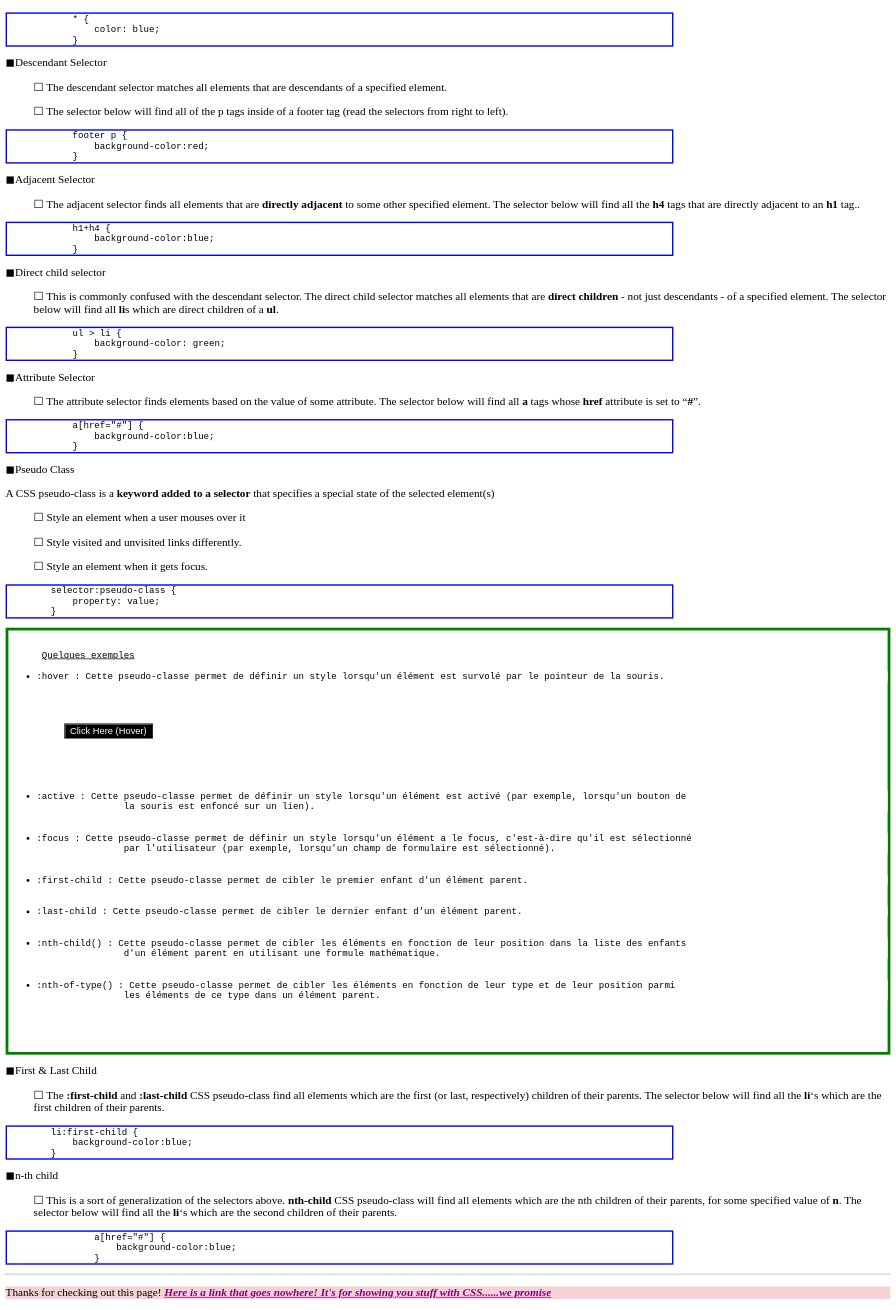
Repository: AnnaSpirit/Tests__
Page: CSS/Useful_Selectors.html
These files come from the project's save history. The page is drawn as it stood at one moment and after the next save; the edit follows.
The browser window is 1280 px wide. The pictures show the part of the page from y = 654 to 2574 px (the page is 2526 px tall before and 2622 px after), at 70% of full size.

Above is the page before, as saved 2024-04-03 18:36:34.

### CSS/Useful_Selectors.html
<!DOCTYPE html>
<html lang="en">
<head>
    <meta charset="UTF-8">
    <meta name="viewport" content="width=device-width, initial-scale=1.0">
    <title>Useful Selectors</title>
    <link rel="stylesheet" href="style_Selectors.css">
</head>
<body>
    <header>
        <h1>Welcome to our website</h1>
        <h4>We're so happy to have you</h4>
    </header>
    <section>
        <ul> Here are some reasons you should keep reading....
            <li>You're learning things!</li>
            <li>CSS is fun!</li>
            <li>Well.....not always, but it is essential to know!</li>
        </ul>
    </section>
    <section>
        <h3>&#9724; Each CSS rule consists of :</h3>
            <p style="padding-left: 40px;"> &#9744; a selector - how we find the element/elements to target</p>
            <p style="padding-left: 40px;"> &#9744; and a pair of curly braces, a.k.a. <b>{}</b>.</p>
    <span>
        <pre style="border: 2px solid blue; margin-right: 310px">
            body {
                font-size: 14px;
                color: navy;
            }</pre></span>
    <p>Inside of <b>{ }</b> we specify properties and values; we separate the two with a <b>:</b>, and after the value we add a semi-colon <b>;</b>.</p>
            <p style="padding-left: 40px;"> &#9744; To add multiple selectors we separate each one by a comma <b>,</b></p>
    <span>
        <pre style="border: 2px solid blue; margin-right: 310px">
            p, a {
                font-size: 14px;
                color: navy;
            }</pre>
        </span>
        <h3>&#9724; Universal Selector</h3>
        <p style="padding-left: 40px;">&#9744; We use the asterisk <b>*</b>, to select all the elements of the HTML page.</p>
        <p style="padding-left: 40px;">&#9744; The selector below will find ALL the tags inside of the HTML page and set their font color to blue.</p>
    <span>
        <pre style="border: 2px solid blue; margin-right: 310px">
            * {
                color: blue;
            }</pre>
    </span>
    <h>&#9724;Descendant Selector</h3>
    <p style="padding-left: 40px;">&#9744; The descendant selector matches all elements that are descendants of a specified element.</p>
    <p style="padding-left: 40px;">&#9744; The selector below will find all of the p tags inside of a footer tag (read the selectors from right to left).</p>
    <span>
        <pre style="border: 2px solid blue; margin-right: 310px">
            footer p {
                background-color:red;
            }</pre>
    </span>
    <h>&#9724;Adjacent Selector</h3>
    <p style="padding-left: 40px;">&#9744; The adjacent selector finds all elements that are <b>directly adjacent</b> to some other specified element. The selector below
    will find all the <b>h4</b> tags that are directly adjacent to an <b>h1</b> tag..</p>
    <span>
        <pre style="border: 2px solid blue; margin-right: 310px">
            h1+h4 {
                background-color:blue;
            }</pre>
    </span>
    <h>&#9724;Direct child selector</h3>
    <p style="padding-left: 40px;">&#9744; This is commonly confused with the descendant selector. The direct child selector matches all elements that are <b>direct
    children</b> - not just descendants - of a specified element. The selector below will find all <b>li</b>s which are direct children
    of a <b>ul</b>.</p>
    <span>
        <pre style="border: 2px solid blue; margin-right: 310px">
            ul > li {
                background-color: green;
            }</pre>
    </span>
    <h>&#9724;Attribute Selector</h3>
    <p style="padding-left: 40px;">&#9744; The attribute selector finds elements based on the value of some attribute. The selector below will find all <b>a</b> tags
    whose <b>href</b> attribute is set to “<b>#</b>”.</p>
    <span>
        <pre style="border: 2px solid blue; margin-right: 310px">
            a[href="#"] {
                background-color:blue;
            }</pre>
    </span>
    <h>&#9724;Pseudo Class</h3>
    <p>A CSS pseudo-class is a <b> keyword added to a selector</b> that specifies a special state of the selected element(s)</p>
    <p style="padding-left: 40px;">&#9744; Style an element when a user mouses over it</p>
    <p style="padding-left: 40px;">&#9744; Style visited and unvisited links differently.</p>
    <p style="padding-left: 40px;">&#9744; Style an element when it gets focus.</p>
    <span>
        <pre style="border: 2px solid blue; margin-right: 310px">
        selector:pseudo-class {
            property: value;
        }</pre>
    </span>
    <span>
        <pre style="border: 4px solid green;">
            <ul> <u>Quelques exemples</u>
                <li>:hover : Cette pseudo-classe permet de définir un style lorsqu'un élément est survolé par le pointeur de la souris.</li>
                <ul>
                    <li style="list-style: none;"><button>Click Here (Hover)</button></li>
<!-- Dans Firefox (et dans d'autres navigateurs également), lors du rendu d'une page HTML, les espaces blancs, les retours à
la ligne et les espaces de tabulation dans le code HTML sont interprétés comme des "nœuds texte" dans le modèle DOM
(Document Object Model). Cela signifie que chaque espace, saut de ligne ou espace de tabulation est considéré comme un
nœud texte distinct dans l'arbre DOM de la page.

Ces "nœuds texte ne contenant que des espaces" sont ajoutés au DOM pour refléter fidèlement la structure du code HTML
original. Cela peut être important pour la mise en forme et la présentation visuelle de la page, car les espaces blancs
dans le code HTML peuvent influencer la mise en page des éléments, en particulier dans des situations comme le formatage
de texte ou la disposition de tableaux.

Cependant, ces espaces blancs peuvent également causer des problèmes lors du développement web, surtout lorsqu'ils sont
indésirables. Par exemple, des espaces blancs inattendus entre les éléments HTML peuvent créer des espaces visibles
indésirables sur la page. Dans de tels cas, les développeurs peuvent utiliser différentes techniques pour éviter que ces
espaces ne soient inclus dans le rendu final, comme la compression du HTML ou l'utilisation de techniques CSS
appropriées.

En résumé, Firefox (et d'autres navigateurs) ajoutent ces "nœuds texte ne contenant que des espaces" pour représenter
fidèlement la structure du code HTML original, mais cela peut parfois être source de confusion ou de problèmes lors du
développement web. -->
                </ul>
                <li>:active : Cette pseudo-classe permet de définir un style lorsqu'un élément est activé (par exemple, lorsqu'un bouton de
                la souris est enfoncé sur un lien).</li>
                <li>:focus : Cette pseudo-classe permet de définir un style lorsqu'un élément a le focus, c'est-à-dire qu'il est sélectionné
                par l'utilisateur (par exemple, lorsqu'un champ de formulaire est sélectionné).</li>
                <li>:first-child : Cette pseudo-classe permet de cibler le premier enfant d'un élément parent.</li>
                <li>:last-child : Cette pseudo-classe permet de cibler le dernier enfant d'un élément parent.</li>
                <li>:nth-child() : Cette pseudo-classe permet de cibler les éléments en fonction de leur position dans la liste des enfants
                d'un élément parent en utilisant une formule mathématique.</li>
                <li>:nth-of-type() : Cette pseudo-classe permet de cibler les éléments en fonction de leur type et de leur position parmi
                les éléments de ce type dans un élément parent.</li>
            </ul>
        </pre>
    </span>

    <h>&#9724;First & Last Child</h3>
    <p style="padding-left: 40px;">&#9744; The <b>:first-child</b> and <b>:last-child</b> CSS pseudo-class find all elements which are the first (or last, respectively) children
    of their parents. The selector below will find all the <b>li</b>‘s which are the first children of their parents.</p>
    <span>
        <pre style="border: 2px solid blue; margin-right: 310px">
        li:first-child {
            background-color:blue;
        }</pre>
    </span>

    <h>&#9724;n-th child</h3>
    <p style="padding-left: 40px;">&#9744; This is a sort of generalization of the selectors above. <b>nth-child</b> CSS pseudo-class will find all elements which are the
    nth children of their parents, for some specified value of <b>n</b>. The selector below will find all the <b>li</b>‘s which are the second children of their parents.</p>
    <span>
        <pre style="border: 2px solid blue; margin-right: 310px">
                a[href="#"] {
                    background-color:blue;
                }</pre>
    </span>
    </section>
    <hr>
    <footer>

        <p>
            Thanks for checking out this page!
            <a href="#">Here is a link that goes nowhere! It's for showing you stuff with CSS......we promise</a>
        </p>
    </footer>
</body>
</html>

### CSS/style_Selectors.css
/* Universal Selector */
/* * {
    color: brown;
} */

.text-node {
    white-space: nowrap;
    /* Empêche le saut de ligne */
}

.text-node.hidden {
    display: none;
    /* Cache complètement les nœuds texte */
}
section>ul>li {
    background-color: rgb(53, 212, 53);
}

h3{
    color: rgb(218, 137, 14);
    font-family: "Lucida Console", Monaco, monospace;
    font-size: 20px;
    color: #DA890E;
    text-decoration: underline rgb(218, 137, 14);
    padding-left: 20px;
}
h1+h4 {
    background-color: rgb(178, 178, 248);
}
a[href="#"] {
    color: purple;
    font-weight: bold;
    font-style: italic;
}

footer p {
    background-color: rgb(245, 211, 211);
}
pre>ul>li {
    background-color: white;
}

button {
    background-color: black;
    color: white;
}

button:hover {
    background-color: yellow;
    color: rgb(125, 45, 33);
}

After the next save:
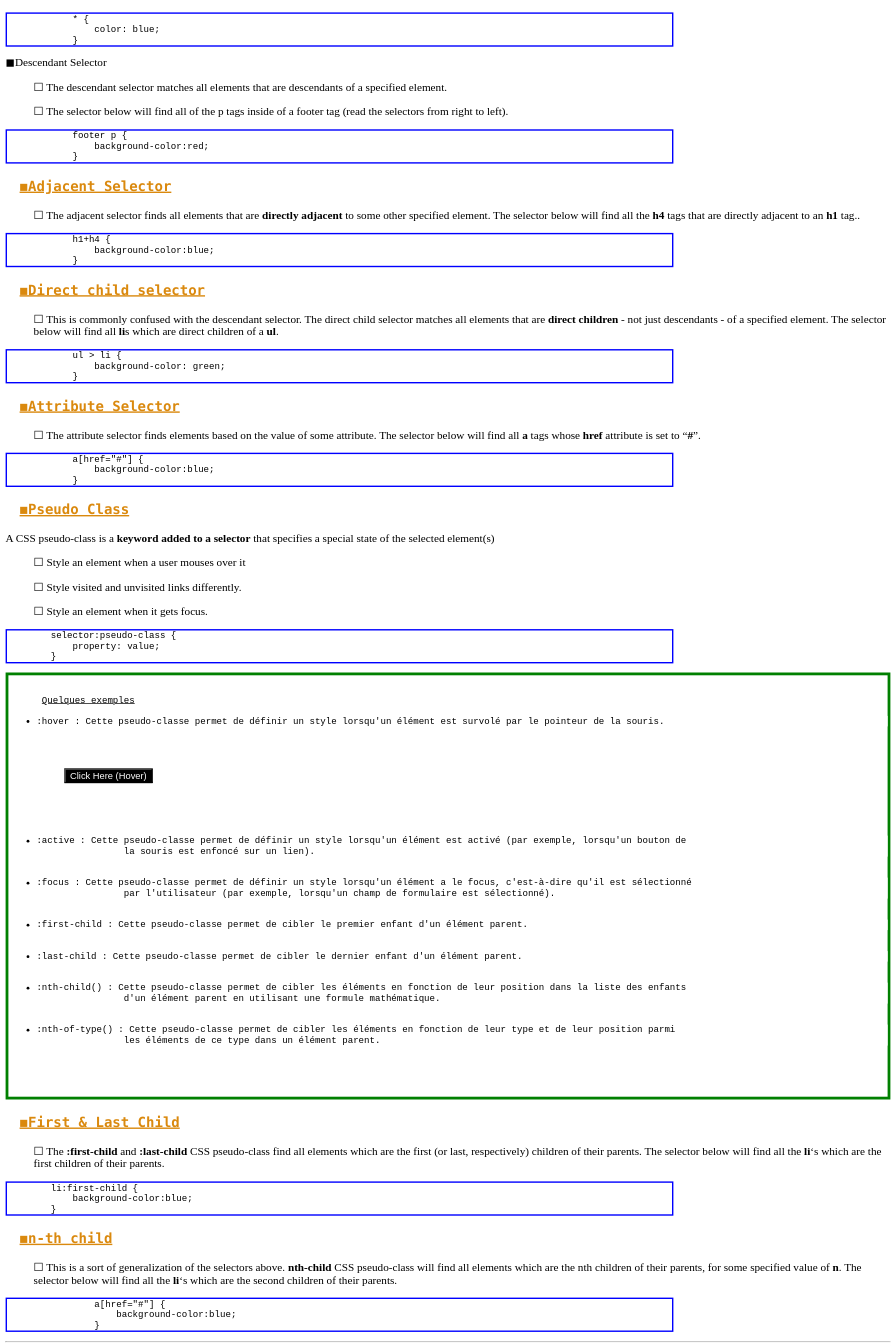
Saved 7 s later.
--- a/CSS/Useful_Selectors.html
+++ b/CSS/Useful_Selectors.html
@@ -55,7 +55,7 @@
                 background-color:red;
             }</pre>
     </span>
-    <h>&#9724;Adjacent Selector</h3>
+    <h3 > &#9724;Adjacent Selector</h3>
     <p style="padding-left: 40px;">&#9744; The adjacent selector finds all elements that are <b>directly adjacent</b> to some other specified element. The selector below
     will find all the <b>h4</b> tags that are directly adjacent to an <b>h1</b> tag..</p>
     <span>
@@ -64,7 +64,7 @@
                 background-color:blue;
             }</pre>
     </span>
-    <h>&#9724;Direct child selector</h3>
+    <h3 > &#9724;Direct child selector</h3>
     <p style="padding-left: 40px;">&#9744; This is commonly confused with the descendant selector. The direct child selector matches all elements that are <b>direct
     children</b> - not just descendants - of a specified element. The selector below will find all <b>li</b>s which are direct children
     of a <b>ul</b>.</p>
@@ -74,7 +74,7 @@
                 background-color: green;
             }</pre>
     </span>
-    <h>&#9724;Attribute Selector</h3>
+    <h3 > &#9724;Attribute Selector</h3>
     <p style="padding-left: 40px;">&#9744; The attribute selector finds elements based on the value of some attribute. The selector below will find all <b>a</b> tags
     whose <b>href</b> attribute is set to “<b>#</b>”.</p>
     <span>
@@ -83,7 +83,7 @@
                 background-color:blue;
             }</pre>
     </span>
-    <h>&#9724;Pseudo Class</h3>
+    <h3 > &#9724;Pseudo Class</h3>
     <p>A CSS pseudo-class is a <b> keyword added to a selector</b> that specifies a special state of the selected element(s)</p>
     <p style="padding-left: 40px;">&#9744; Style an element when a user mouses over it</p>
     <p style="padding-left: 40px;">&#9744; Style visited and unvisited links differently.</p>
@@ -134,7 +134,7 @@ développement web. -->
         </pre>
     </span>
 
-    <h>&#9724;First & Last Child</h3>
+    <h3 > &#9724;First & Last Child</h3>
     <p style="padding-left: 40px;">&#9744; The <b>:first-child</b> and <b>:last-child</b> CSS pseudo-class find all elements which are the first (or last, respectively) children
     of their parents. The selector below will find all the <b>li</b>‘s which are the first children of their parents.</p>
     <span>
@@ -144,7 +144,7 @@ développement web. -->
         }</pre>
     </span>
 
-    <h>&#9724;n-th child</h3>
+    <h3 > &#9724;n-th child</h3>
     <p style="padding-left: 40px;">&#9744; This is a sort of generalization of the selectors above. <b>nth-child</b> CSS pseudo-class will find all elements which are the
     nth children of their parents, for some specified value of <b>n</b>. The selector below will find all the <b>li</b>‘s which are the second children of their parents.</p>
     <span>
